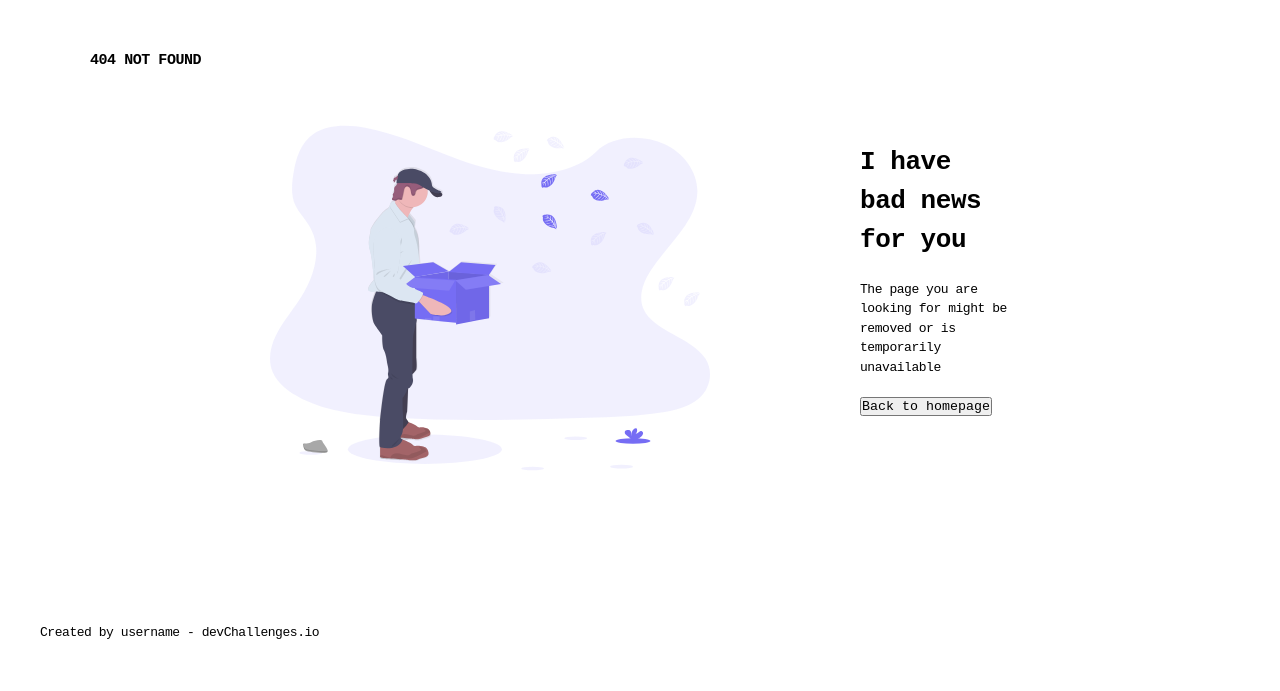
Repository: georgisenze/404-not-found-challeng
Page: index.html
The author's editor kept a copy of each file at every save. The page is drawn from the files as they stood at one save, then again after the next save.
The browser window is 1280 px wide. The pictures show the whole page.

Above is the page before, as saved 2023-02-21 07:04:24.

### index.html
<!DOCTYPE html>
<html lang="en">
<head>
    <meta charset="UTF-8">
    <meta http-equiv="X-UA-Compatible" content="IE=edge">
    <meta name="viewport" content="width=device-width, initial-scale=1.0">
    <title>404 page not found</title>
    <link rel="stylesheet" href="assets/css/style.css">
    <link
      href="https://fonts.googleapis.com/css2?family=Poppins:wght@400;500&display=swap"
      rel="stylesheet"
    />
</head>
<body>
    <div class="main">
        <header>
            <p>404 not found</p>
        </header>

        <div class="container">
            <div class="row">
                <div class="left">
                    <img src="assets/img/404-illustration.svg" alt="">
                </div>
                <div class="rigth">
                    <div class="col-2">
                        <h1>I have bad news for  you</h1>
                    </div>
                    <div class="col-2">
                        <p>The page you are looking for might be removed or is temporarily unavailable</p>
                    </div>
                    <div class="col-2">
                        <button>Back to homepage</button>
                    </div>
                </div>
            </div>
        </div>


        <footer>
            <p>Created by <span>username</span> - devChallenges.io </p>
        </footer>
    </div>
</body>
</html>

### assets/css/style.css
*{
    margin: 0;
    padding: 0;
    font-family: monospace;
}

.main {
    grid-template-rows: auto 1fr auto;
    max-width: 1200px;
    min-height: 100vh;
    margin: 0 auto;
    padding-inline: 24px;
    line-height: 1.5;
    letter-spacing: -0.035em;
}

header p {
    text-transform: uppercase;
    font-weight: 700;
    font-size: 15px;
    padding: 50px;
}

.container{
    display: flex;
    justify-content: center;
}

.row{
    display: flex;
    justify-content: space-around;
    height: 500px;
}

.left {
    margin-right: 150px;
}

.left img{
    width: 440px;
    height: 350px;
    float: left;
}

.rigth{
    display: flex;
    flex-direction: column;
    flex-wrap: wrap;
    align-content: space-between;
    width: 150px;
}

.col-2{
    padding-top: 20px;
}

After the next save:
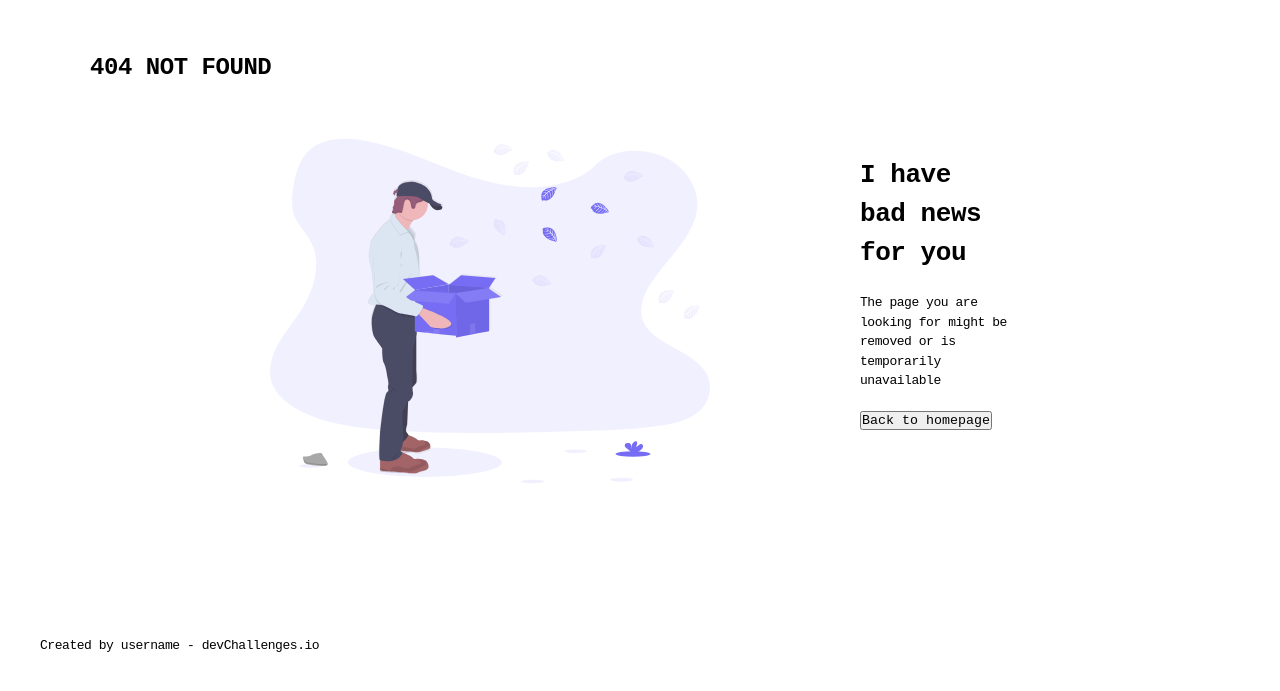
Saved 9 s later.
--- a/assets/css/style.css
+++ b/assets/css/style.css
@@ -17,7 +17,7 @@
 header p {
     text-transform: uppercase;
     font-weight: 700;
-    font-size: 15px;
+    font-size: 24px;
     padding: 50px;
 }
 
